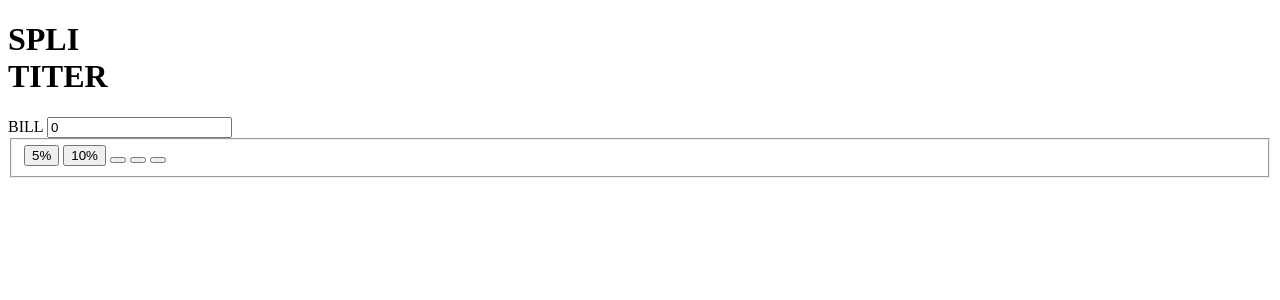
Repository: kellyjohanasalb/calduladora
Page: index.html
These files come from the project's save history. The page is drawn as it stood at one moment and after a run of saves; the edit follows.
The browser window is 1280 px wide. The pictures show the whole page.

Above is the page before, as saved 2023-08-15 21:02:06.

### index.html
<!DOCTYPE html>
<html lang="en">
<head>
    <meta charset="UTF-8">
    <meta name="viewport" content="width=, initial-scale=1.0">
    <title>Calculadora</title>
</head>
<body>
    <header class="header">
        <h1 class="header__title">SPLI <br> TITER</h1>
    </header>
    <section class="calculator-container">
        <div class="inputs-section">
            <label for="bill" class="inputs-section__bill-label">BILL</label>
            <input id="bill"  class="inputs-section__bill-input" type="nukber"  value="0">

            <fieldset clas="btns">
                <button type="">5%</button>
                <button type="">10%</button>
                <button type=""></button>
                <button type=""></button>
                <button type=""></button>
            </fieldset>
        </div>
        <div class="result-section">

        </div>
    </section>
</body>
</html>

After the next 2 saves:
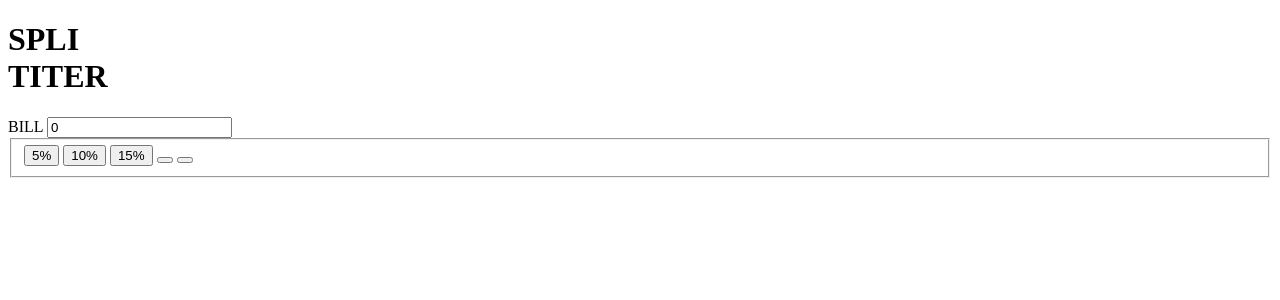
The 2 saves are shown as one change because they came seconds apart.
The last was saved 10 s later.
--- a/index.html
+++ b/index.html
@@ -17,7 +17,7 @@
             <fieldset clas="btns">
                 <button type="">5%</button>
                 <button type="">10%</button>
-                <button type=""></button>
+                <button type="">15%</button>
                 <button type=""></button>
                 <button type=""></button>
             </fieldset>
